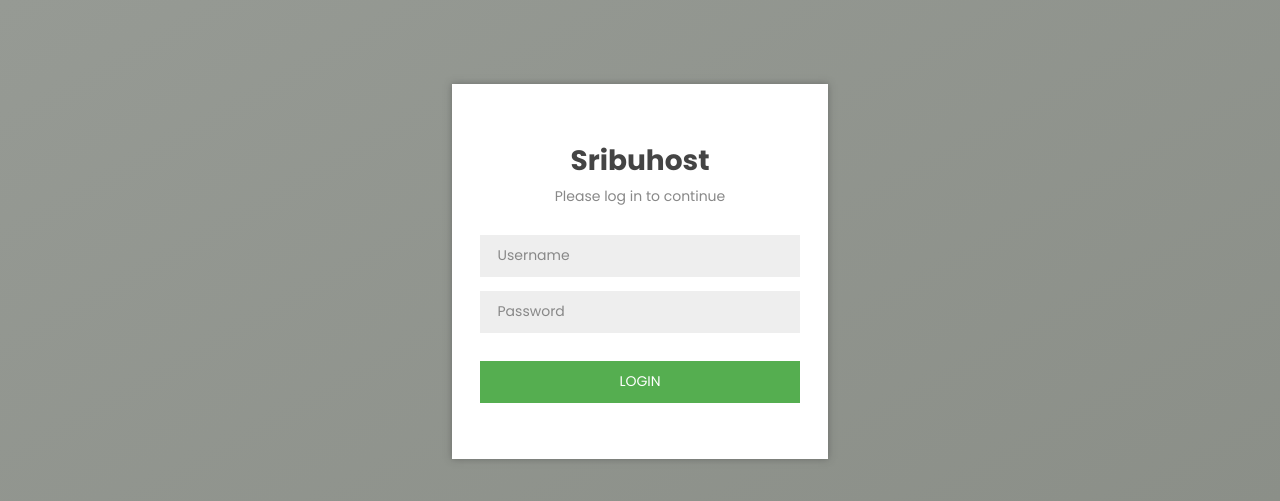
Repository: laurentbul/ApplicationEssai
Page: http://localhost/
These files come from the project's save history. The page is drawn as it stood at one moment and after the next save; the edit follows.
The browser window is 1280 px wide. The pictures show the whole page.
The page is run by PHP 8.4 with error messages shown; the project is at /var/www/html/.

Above is the page before, as saved 2023-04-13 07:04:14.

### crud2/index.php
<?php

session_start();

if (isset($_SESSION['name'])) {
  header('location: ./home.php');
  exit;
}

?>

<!DOCTYPE html>
<html lang="en">

<head>
  <meta charset="UTF-8" />
  <meta http-equiv="X-UA-Compatible" content="IE=edge" />
  <meta name="viewport" content="width=device-width, initial-scale=1.0" />
  <title>Login Form PHP MySQL With Session - Sribuhost</title>

  <link rel="stylesheet" href="./style.css" />
</head>

<body>
  <div class="container">
    <div class="box">
      <h1 class="box__title">Sribuhost</h1>
      <p class="box__subtitle">Please log in to continue</p>
      <?php if (isset($_SESSION['login_failed'])) : ?>
        <div class="alert">
          Incorrect username or password!
        </div>
      <?php
        unset($_SESSION['login_failed']);
      endif;
      ?>
      <form action="./auth.php" method="post" class="form">
        <input type="text" class="form__input" placeholder="Username" name="username" required />
        <input type="password" class="form__input" placeholder="Password" name="password" required />
        <button class="form__button" type="submit" name="submit">LOGIN</button>
      </form>
    </div>
  </div>
</body>

</html>

### crud2/style.css
@import url("https://fonts.googleapis.com/css2?family=Poppins:wght@400;700&display=swap");

html {
  font-family: "Poppins", sans-serif;
  font-size: 14px;
}

body {
  background-image: linear-gradient(to bottom right, #969a94, #898d86);
  color: #444;
  margin: 0;
  min-height: 100vh;
  padding: 0;
}

.container {
  padding: 6rem 0;
}

.box {
  background-color: #fff;
  box-shadow: 0 0 0.5rem rgba(68, 68, 68, 0.5);
  margin: 0 auto;
  padding: 4rem 2rem;
  text-align: center;
  width: 25%;
}

.box__title {
  margin: 0 0 0.25rem;
}

.box__subtitle {
  color: #888;
  margin: 0 0 2rem;
}

.form {
  display: flex;
  flex-direction: column;
  gap: 1rem;
}

.form__input {
  background-color: #eee;
  border: none;
  color: inherit;
  font-family: inherit;
  font-size: 1rem;
  padding: 0.75rem 1.25rem;
}

.form__input::placeholder {
  color: #888;
}

.form__button {
  background-color: #55ae50;
  border: none;
  color: #fff;
  cursor: pointer;
  font-family: inherit;
  font-size: 1rem;
  margin-top: 1rem;
  padding: 0.75rem 2rem;
  transition: all 0.15s;
}

.form__button:hover {
  background-color: rgba(85, 174, 80, 0.875);
}

.information {
  color: #fff;
  text-align: center;
}

.information__title {
  margin: 0 0 2rem;
}

.information__button {
  background-color: #ae5050;
  border: none;
  color: #fff;
  cursor: pointer;
  font-family: inherit;
  font-size: 1rem;
  margin-top: 1rem;
  padding: 0.75rem 2rem;
  text-decoration: none;
  transition: all 0.15s;
}

.information__button:hover {
  background-color: rgba(174, 80, 80, 0.875);
}

.alert {
  background-color: #ae5050;
  color: #fff;
  margin-bottom: 2rem;
  padding: 0.75rem 2rem;
}

After the next save:
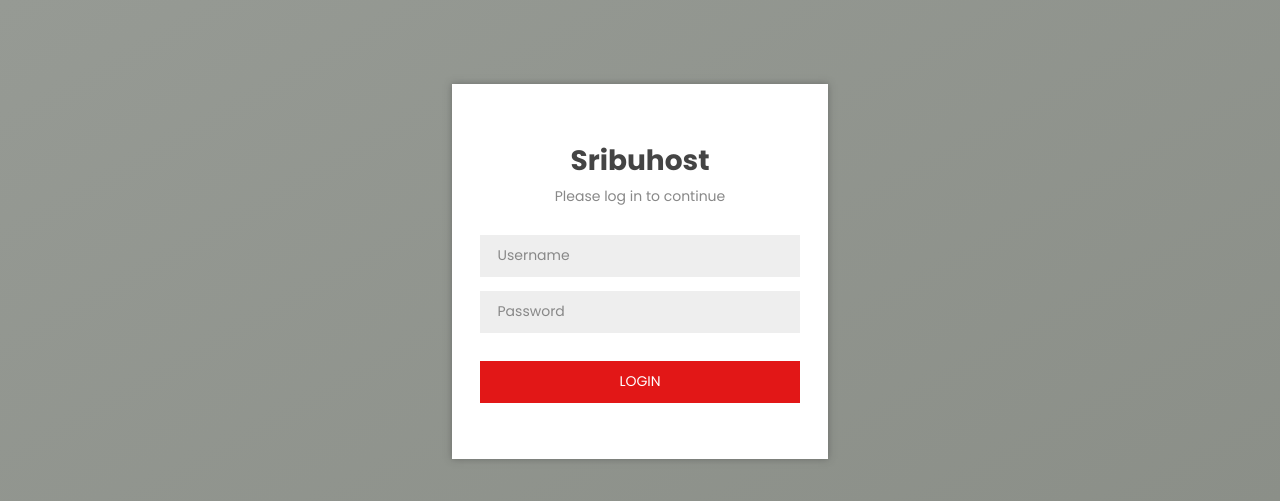
Saved 56 s later.
--- a/crud2/style.css
+++ b/crud2/style.css
@@ -55,7 +55,7 @@ body {
 }
 
 .form__button {
-  background-color: #55ae50;
+  background-color: #e21717;
   border: none;
   color: #fff;
   cursor: pointer;
